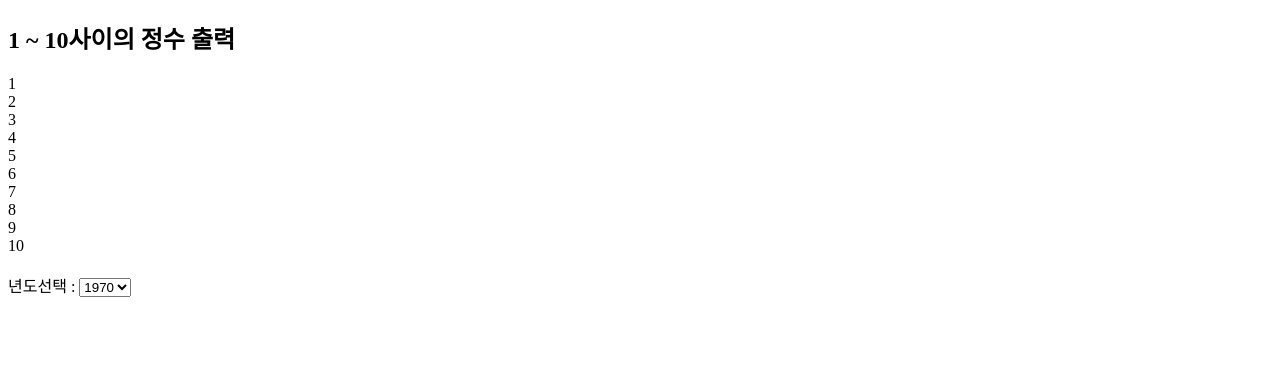
Repository: sunnny10/web-workspace
Page: http://localhost/Lecture-Web/jsp/jstl/core/exam05.jsp
These files come from the project's save history. The page is drawn as it stood at one moment and after the next save; the edit follows.
The browser window is 1280 px wide. The pictures show the whole page.
The page is served by Tomcat 9. Other server files are loaded and not shown.

Above is the page before, as saved 2022-06-07 07:24:59.

### Lecture-Web/src/main/webapp/jsp/jstl/core/exam05.jsp
<%@ page language="java" contentType="text/html; charset=UTF-8"
    pageEncoding="UTF-8"%>
<%@ taglib prefix="c" uri="http://java.sun.com/jsp/jstl/core" %>
<%
	String[] names = {"홍길동", "강길동", "윤길동", "박길동"};

	pageContext.setAttribute("names", names);
%>
<!DOCTYPE html>
<html>
<head>
<meta charset="UTF-8">
<title>Insert title here</title>
</head>
<body>
	<h2>1 ~ 10사이의 정수 출력</h2>
	<!-- var는 공유영경역에 있다  -->
	<c:forEach begin="1" end="10" var="i">
		${ i }<br>
	</c:forEach>
	<br>
	년도선택 :
	<select>
		<!-- 큰 수에서 작은 수는 안됨 -->
		<c:forEach begin="1970" end="2022" step="10" var="year">
			<option>${ year }</option>
		</c:forEach>
	</select>
	<%-- <%
		for(int i = 1; i<=10; i++){
	%>
		<%=i %>
	<%
		}
	%> --%>
</body>
</html>

After the next save:
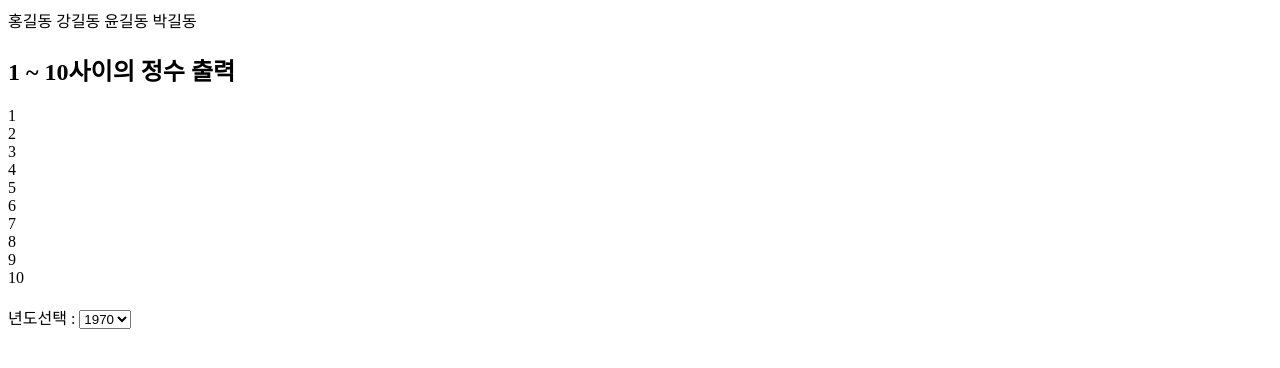
Saved 2 min 4 s later.
--- a/Lecture-Web/src/main/webapp/jsp/jstl/core/exam05.jsp
+++ b/Lecture-Web/src/main/webapp/jsp/jstl/core/exam05.jsp
@@ -13,6 +13,12 @@
 <title>Insert title here</title>
 </head>
 <body>
+	<!-- 각 데이터에 var라는 변수로 접근가능 -->
+	<c:forEach items="${ names }" var="name">
+		${ name }
+	</c:forEach>
+
+
 	<h2>1 ~ 10사이의 정수 출력</h2>
 	<!-- var는 공유영경역에 있다  -->
 	<c:forEach begin="1" end="10" var="i">
